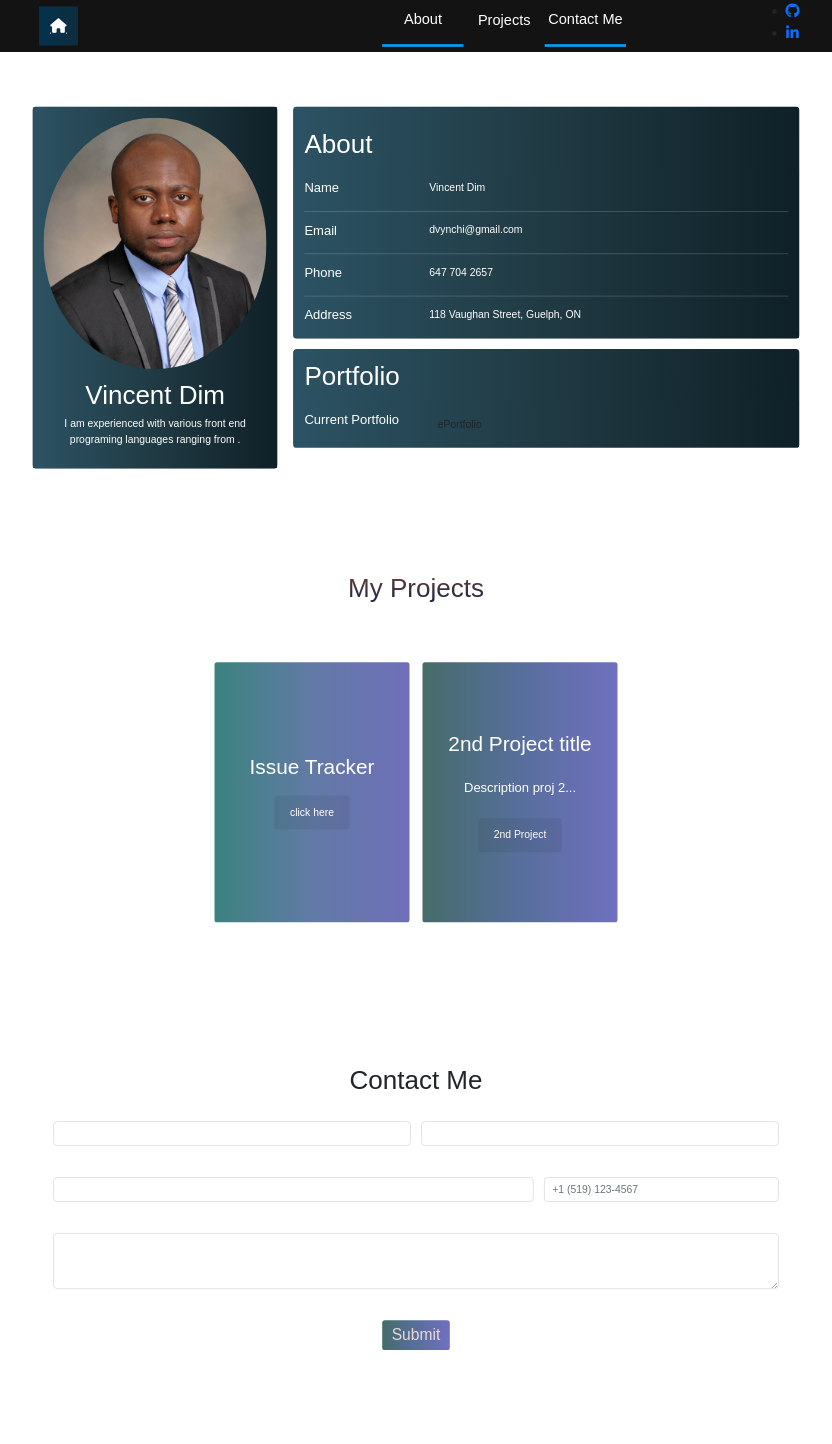
Repository: dvynchi/profile-2022
Page: index.html
These files come from the project's save history. The page is drawn as it stood at one moment and after the next save; the edit follows.
The browser window is 1280 px wide. The pictures show the whole page, at 65% of full size.
Some web libraries are served in a nearby version.

Above is the page before, as saved 2022-08-22 22:04:17.

After the next save:
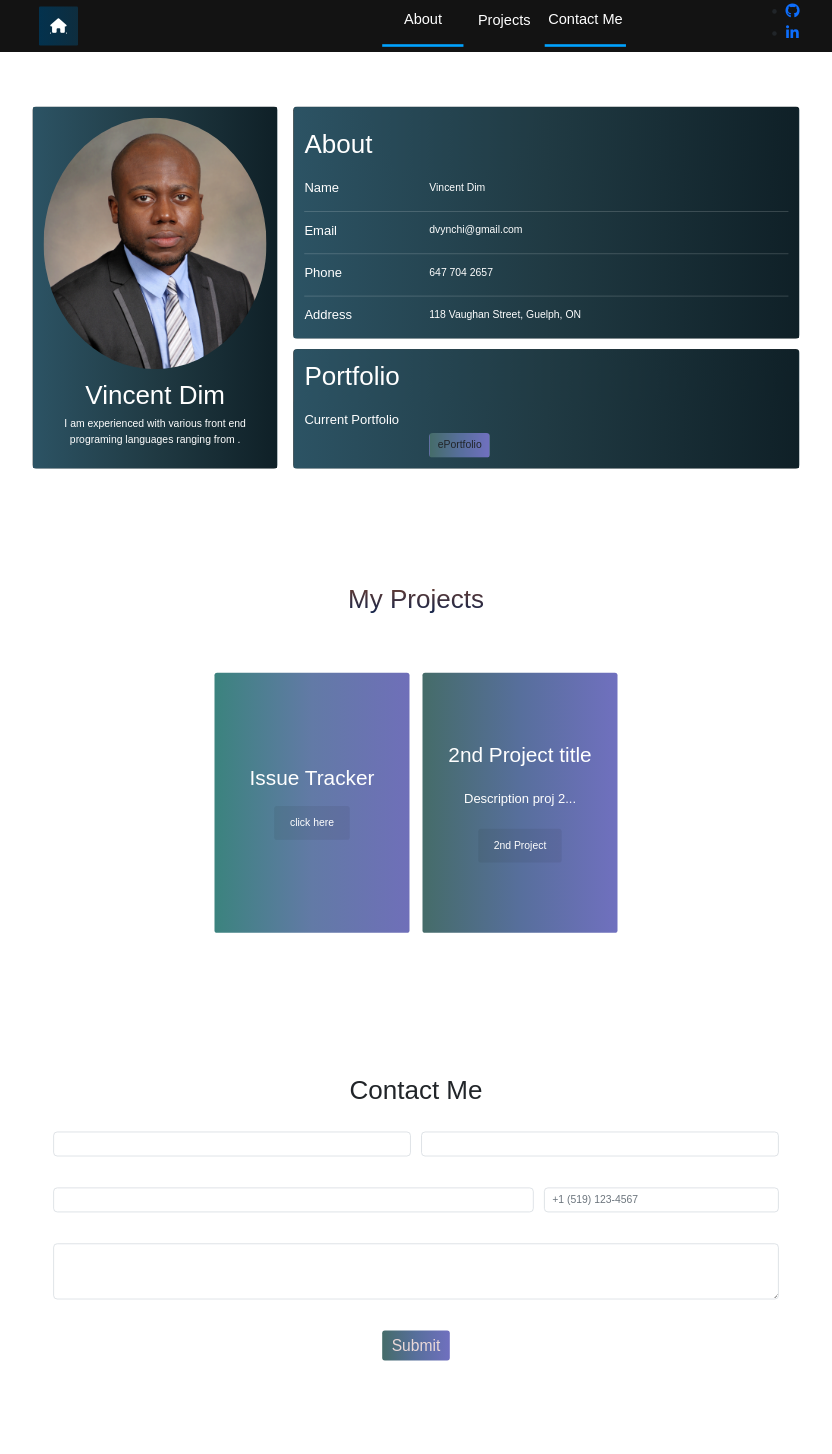
Saved 16 s later.
--- a/styles.css
+++ b/styles.css
@@ -484,3 +484,20 @@
 }
 
 /* ePortfolio button */
+
+.btn {
+    font-size: 10rem;
+    background: #7F7FD5;
+    background: -webkit-linear-gradient(to right, #3b837e, #627aa6, #6f6fb9);
+    background: linear-gradient(to right, #456c69, #576f9c, #7070bf);
+    padding: 5px 15px;
+    border: none;
+    outline: none;
+    border-radius: 4px;
+    margin-top: 2rem;
+    cursor: pointer;
+    position: relative;
+    color: rgb(234, 216, 216);
+    transition: all 0.3s ease;
+    outline: none;
+}

After the 3 saves that followed:
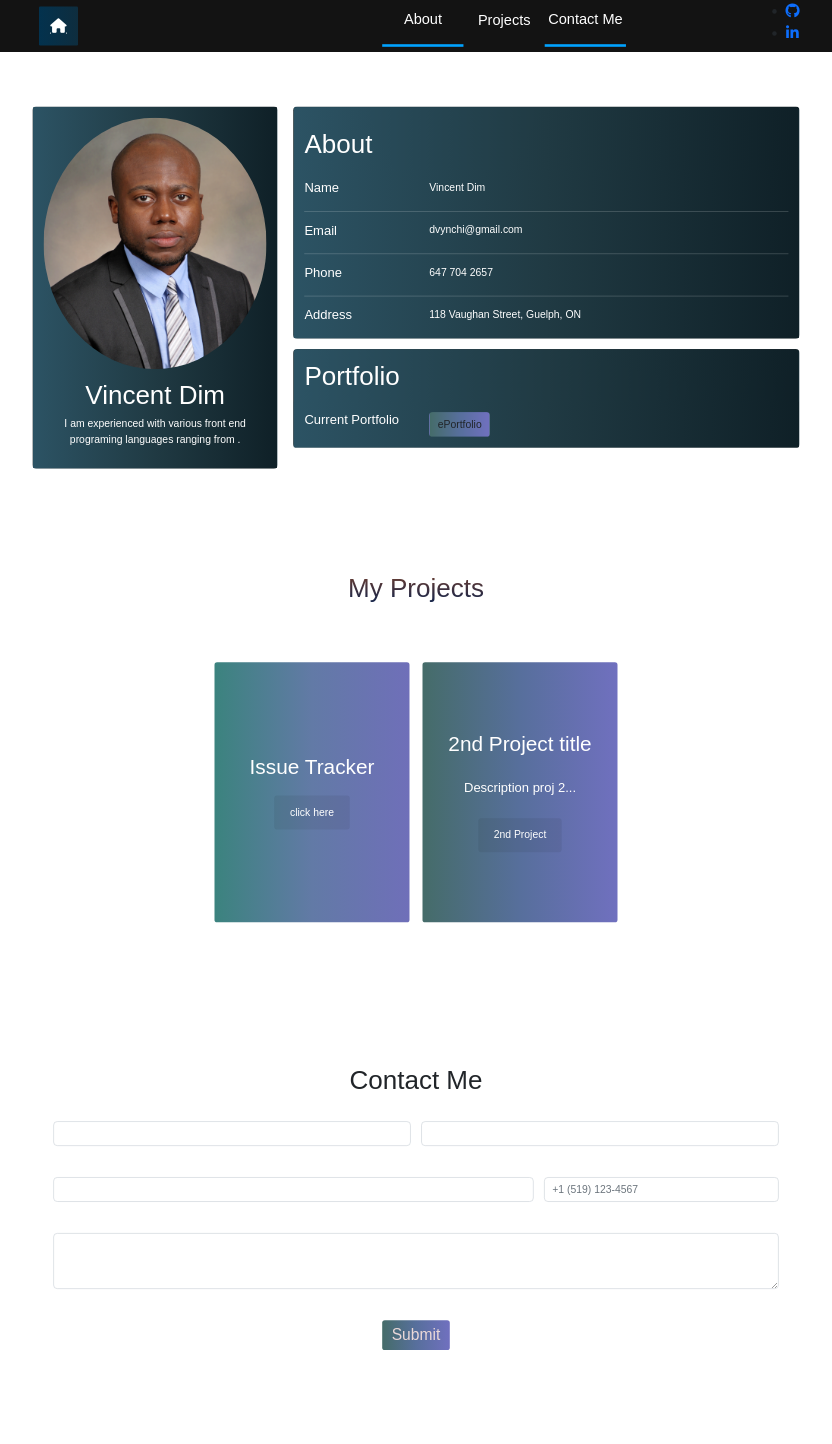
The 3 saves are shown as one change because 2 left the picture as it was.
The last was saved 47 s later.
--- a/styles.css
+++ b/styles.css
@@ -494,7 +494,7 @@
     border: none;
     outline: none;
     border-radius: 4px;
-    margin-top: 2rem;
+    /* margin-top: 2rem; */
     cursor: pointer;
     position: relative;
     color: rgb(234, 216, 216);
